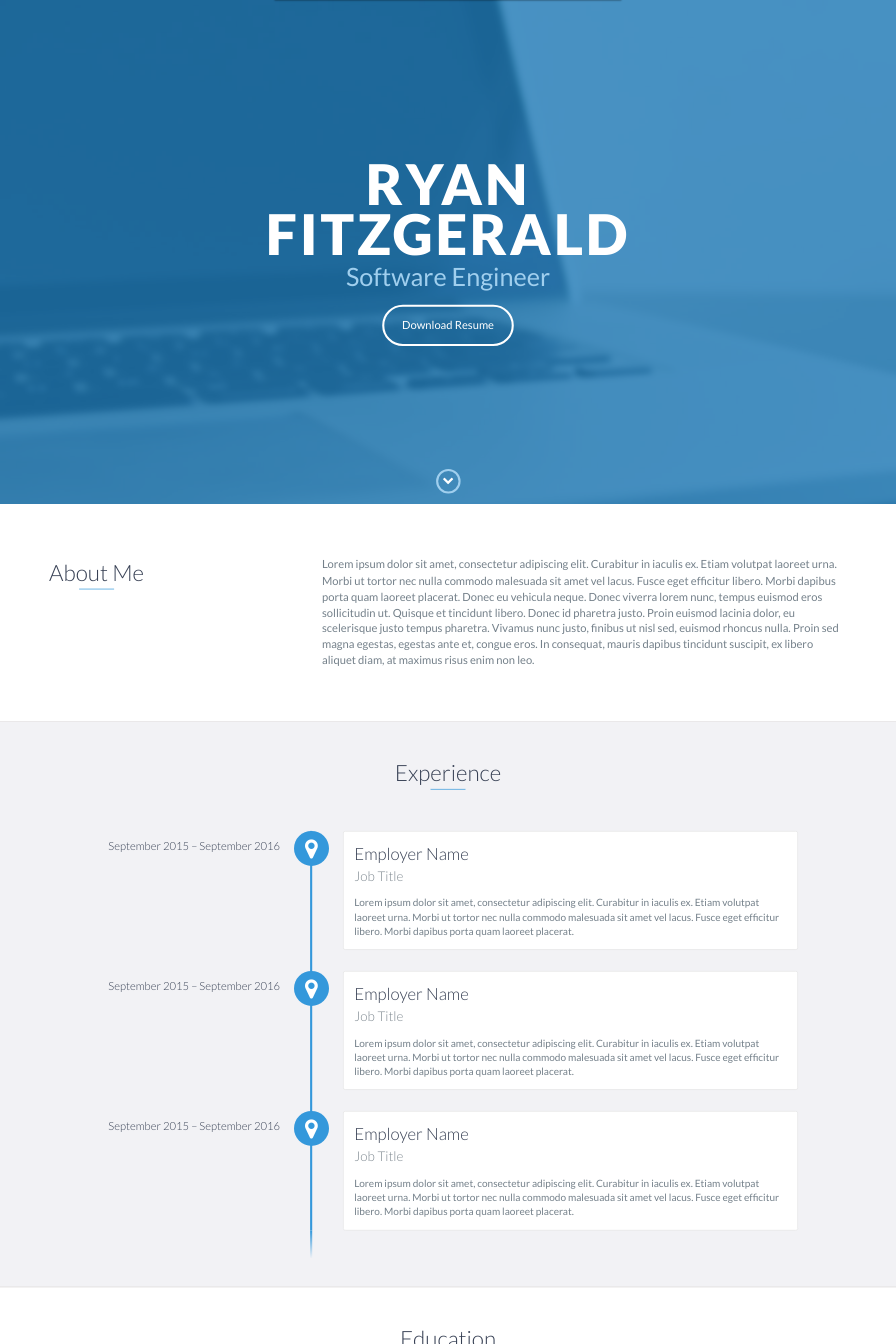
Repository: josegneto/josegneto.github.io
Page: index.html
The author's editor kept a copy of each file at every save. The page is drawn from the files as they stood at one save, then again after the next save.
The browser window is 1280 px wide. The pictures show the part of the page from y = 0 to 1920 px (the page is 4137 px tall), at 70% of full size.

Above is the page before, as saved 2021-11-30 11:09:08.

### index.html
<!DOCTYPE html>
<html class="no-js" lang="en">

<head>
    <meta charset="utf-8">
    <meta http-equiv="X-UA-Compatible" content="IE=edge">
    <meta name="viewport" content="width=device-width, initial-scale=1">
    <title>My Portfolio</title>
	<link rel="shortcut icon" href="favicon.ico" type="image/x-icon">
	<link rel="icon" href="favicon.ico" type="image/x-icon">
    <link href="https://fonts.googleapis.com/css?family=Lato:300,400,700,900" rel="stylesheet">
    <link rel="stylesheet" href="libs/font-awesome/css/font-awesome.min.css">
    <link href="css/bootstrap.min.css" rel="stylesheet">
    <link href="css/styles.css" rel="stylesheet">
</head>

<body>
    <div id="mobile-menu-open" class="shadow-large">
        <i class="fa fa-bars" aria-hidden="true"></i>
    </div>
    <!-- End #mobile-menu-toggle -->
    <header>
        <div id="mobile-menu-close">
            <span>Close</span> <i class="fa fa-times" aria-hidden="true"></i>
        </div>
        <ul id="menu" class="shadow">
            <li>
                <a href="#about">About</a>
            </li>
            <li>
                <a href="#experience">Experience</a>
            </li>
            <li>
                <a href="#education">Education</a>
            </li>
            <li>
                <a href="#projects">Projects</a>
            </li>
            <li>
                <a href="#skills">Skills</a>
            </li>
            <li>
                <a href="#contact">Contact</a>
            </li>
        </ul>
    </header>
    <!-- End header -->

    <div id="lead">
        <div id="lead-content">
            <h1>Ryan Fitzgerald</h1>
            <h2>Software Engineer</h2>
            <a href="#" class="btn-rounded-white">Download Resume</a>
        </div>
        <!-- End #lead-content -->

        <div id="lead-overlay"></div>

        <div id="lead-down">
            <span>
                <i class="fa fa-chevron-down" aria-hidden="true"></i>
            </span>
        </div>
        <!-- End #lead-down -->
    </div>
    <!-- End #lead -->

    <div id="about">
        <div class="container">
            <div class="row">
                <div class="col-md-4">
                    <h2 class="heading">About Me</h2>
                </div>
                <div class="col-md-8">
                    <p>
                        Lorem ipsum dolor sit amet, consectetur adipiscing elit. Curabitur in iaculis ex. Etiam volutpat laoreet urna. Morbi ut tortor nec nulla commodo malesuada sit amet vel lacus. Fusce eget efficitur libero. Morbi dapibus porta quam laoreet placerat. Donec
                        eu vehicula neque. Donec viverra lorem nunc, tempus euismod eros sollicitudin ut. Quisque et tincidunt libero. Donec id pharetra justo. Proin euismod lacinia dolor, eu scelerisque justo tempus pharetra. Vivamus nunc justo, finibus
                        ut nisl sed, euismod rhoncus nulla. Proin sed magna egestas, egestas ante et, congue eros. In consequat, mauris dapibus tincidunt suscipit, ex libero aliquet diam, at maximus risus enim non leo.
                    </p>
                </div>
            </div>
        </div>
    </div>
    <!-- End #about -->

    <div id="experience" class="background-alt">
        <h2 class="heading">Experience</h2>
        <div id="experience-timeline">
            <div data-date="September 2015 – September 2016">
                <h3>Employer Name</h3>
                <h4>Job Title</h4>
                <p>
                    Lorem ipsum dolor sit amet, consectetur adipiscing elit. Curabitur in iaculis ex. Etiam volutpat laoreet urna. Morbi ut tortor nec nulla commodo malesuada sit amet vel lacus. Fusce eget efficitur libero. Morbi dapibus porta quam laoreet placerat.
                </p>
            </div>

            <div data-date="September 2015 – September 2016">
                <h3>Employer Name</h3>
                <h4>Job Title</h4>
                <p>
                    Lorem ipsum dolor sit amet, consectetur adipiscing elit. Curabitur in iaculis ex. Etiam volutpat laoreet urna. Morbi ut tortor nec nulla commodo malesuada sit amet vel lacus. Fusce eget efficitur libero. Morbi dapibus porta quam laoreet placerat.
                </p>
            </div>

            <div data-date="September 2015 – September 2016">
                <h3>Employer Name</h3>
                <h4>Job Title</h4>
                <p>
                    Lorem ipsum dolor sit amet, consectetur adipiscing elit. Curabitur in iaculis ex. Etiam volutpat laoreet urna. Morbi ut tortor nec nulla commodo malesuada sit amet vel lacus. Fusce eget efficitur libero. Morbi dapibus porta quam laoreet placerat.
                </p>
            </div>
        </div>
    </div>
    <!-- End #experience -->

    <div id="education">
        <h2 class="heading">Education</h2>
        <div class="education-block">
            <h3>University of Ottawa</h3>
            <span class="education-date">Sept 2016 - Sept 2017</span>
            <h4>Bachelor of Science in Computer Science</h4>
            <p>
                Lorem ipsum dolor sit amet, consectetur adipiscing elit. Curabitur in iaculis ex. Etiam volutpat laoreet urna. Morbi ut tortor nec nulla commodo malesuada sit amet vel lacus. Fusce eget efficitur libero. Morbi dapibus porta quam laoreet placerat.
            </p>
        </div>
        <!-- End .education-block -->

        <div class="education-block">
            <h3>University of Ottawa</h3>
            <span class="education-date">Sept 2016 - Sept 2017</span>
            <h4>Bachelor of Science in Computer Science</h4>
            <ul>
                <li>
                    Lorem ipsum dolor sit amet, consectetur adipiscing elit.
                </li>
                <li>
                    Lorem ipsum dolor sit amet, consectetur adipiscing elit.
                </li>
                <li>
                    Lorem ipsum dolor sit amet, consectetur adipiscing elit.
                </li>
            </ul>
        </div>
        <!-- End .education-block -->
    </div>
    <!-- End #education -->

    <div id="projects" class="background-alt">
        <h2 class="heading">Projects</h2>
        <div class="container">
            <div class="row">
                <div class="project shadow-large">
                    <div class="project-image">
                        <img src="images/project.jpg" />
                    </div>
                    <!-- End .project-image -->
                    <div class="project-info">
                        <h3>Project Name Here</h3>
                        <p>
                            Lorem ipsum dolor sit amet, consectetur adipiscing elit. Curabitur in iaculis ex. Etiam volutpat laoreet urna. Morbi ut tortor nec nulla commodo malesuada sit amet vel lacus. Fusce eget efficitur libero. Morbi dapibus porta quam laoreet placerat.
                        </p>
                        <a href="#">View Project</a>
                    </div>
                    <!-- End .project-info -->
                </div>
                <!-- End .project -->

                <div class="project shadow-large">
                    <div class="project-image">
                        <img src="images/project.jpg" />
                    </div>
                    <!-- End .project-image -->
                    <div class="project-info">
                        <h3>Project Name Here</h3>
                        <p>
                            Lorem ipsum dolor sit amet, consectetur adipiscing elit. Curabitur in iaculis ex. Etiam volutpat laoreet urna. Morbi ut tortor nec nulla commodo malesuada sit amet vel lacus. Fusce eget efficitur libero. Morbi dapibus porta quam laoreet placerat.
                        </p>
                        <a href="#">View Project</a>
                    </div>
                    <!-- End .project-info -->
                </div>
                <!-- End .project -->
            </div>
        </div>
    </div>
    <!-- End #projects -->

    <div id="skills">
        <h2 class="heading">Skills</h2>
        <ul>
            <li>JavaScript</li>
            <li>Python</li>
            <li>Ruby</li>
            <li>Go</li>
            <li>Node.js</li>
            <li>AngularJs</li>
            <li>React</li>
            <li>Elixir</li>
            <li>Java</li>
            <li>C</li>
            <li>C#</li>
            <li>C++</li>
            <li>Ruby on Rails</li>
            <li>JavaScript</li>
            <li>Python</li>
            <li>Ruby</li>
            <li>Go</li>
            <li>Node.js</li>
            <li>AngularJs</li>
            <li>React</li>
            <li>Elixir</li>
            <li>Java</li>
            <li>C</li>
            <li>C#</li>
            <li>C++</li>
            <li>Ruby on Rails</li>
        </ul>
    </div>
    <!-- End #skills -->

    <div id="contact">
        <h2>Get in Touch</h2>
        <div id="contact-form">
            <form method="POST" action="https://formspree.io/email@email.com">
                <input type="hidden" name="_subject" value="Contact request from personal website" />
                <input type="email" name="_replyto" placeholder="Your email" required>
                <textarea name="message" placeholder="Your message" required></textarea>
                <button type="submit">Send</button>
            </form>
        </div>
        <!-- End #contact-form -->
    </div>
    <!-- End #contact -->

    <footer>
        <div class="container">
            <div class="row">
                <div class="col-sm-5 copyright">
                    <p>
                        Copyright &copy; 2020 YOUR NAME
                    </p>
                </div>
                <div class="col-sm-2 top">
                    <span id="to-top">
                        <i class="fa fa-chevron-up" aria-hidden="true"></i>
                    </span>
                </div>
                <div class="col-sm-5 social">
                    <ul>
                        <li>
                            <a href="https://github.com/" target="_blank"><i class="fa fa-github" aria-hidden="true"></i></a>
                        </li>
                        <li>
                            <a href="https://stackoverflow.com/" target="_blank"><i class="fa fa-stack-overflow" aria-hidden="true"></i></a>
                        </li>
                        <li>
                            <a href="https://linkedin.com/" target="_blank"><i class="fa fa-linkedin" aria-hidden="true"></i></a>
                        </li>
                        <li>
                            <a href="https://www.facebook.com/" target="_blank"><i class="fa fa-facebook" aria-hidden="true"></i></a>
                        </li>
                        <li>
                            <a href="https://twitter.com/" target="_blank"><i class="fa fa-twitter" aria-hidden="true"></i></a>
                        </li>
                        <li>
                            <a href="https://plus.google.com/" target="_blank"><i class="fa fa-google-plus" aria-hidden="true"></i></a>
                        </li>
                    </ul>
                </div>
            </div>
        </div>
    </footer>
    <!-- End footer -->

    <script src="https://ajax.googleapis.com/ajax/libs/jquery/1.12.4/jquery.min.js"></script>
    <script src="js/scripts.min.js"></script>
</body>

</html>

Loaded but not shown: libs/font-awesome/css/font-awesome.min.css (library); css/bootstrap.min.css (library); js/scripts.min.js (common file); css/styles.css (847 lines, source omitted)

After the next save:
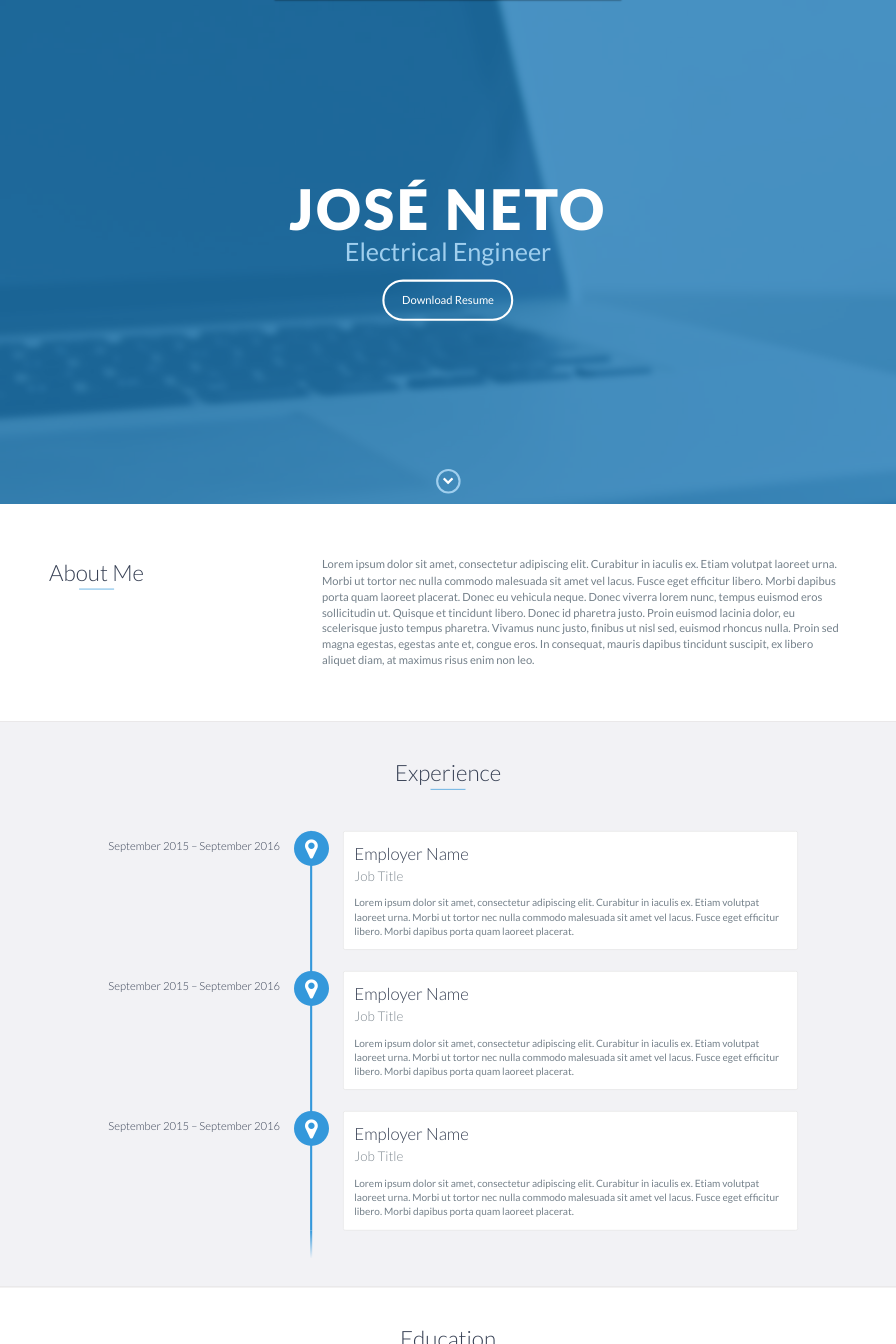
Saved 67 s later.
--- a/index.html
+++ b/index.html
@@ -48,8 +48,8 @@
 
     <div id="lead">
         <div id="lead-content">
-            <h1>Ryan Fitzgerald</h1>
-            <h2>Software Engineer</h2>
+            <h1>José Neto</h1>
+            <h2>Electrical Engineer</h2>
             <a href="#" class="btn-rounded-white">Download Resume</a>
         </div>
         <!-- End #lead-content -->
